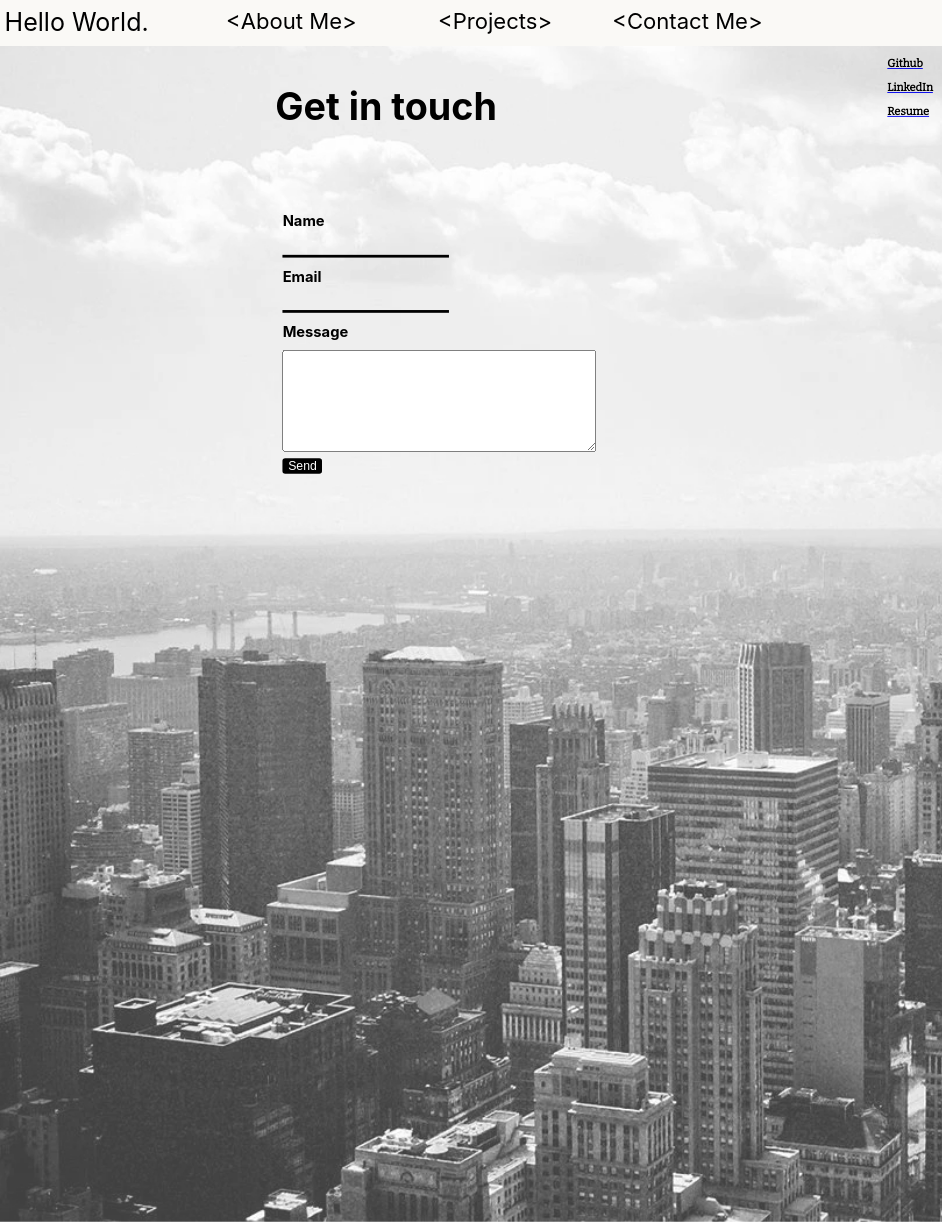
Repository: ghend99/website_ethan_pratt
Page: /contact
The author's editor kept a copy of each file at every save. The page is drawn from the files as they stood at one save, then again after the next save.
The browser window is 1024 px wide. The pictures show the whole page, at 92% of full size.
The project was rebuilt for these pictures with package versions that can differ from the ones it lists, and the page was loaded fresh each time. Also part of the build but not shown: src/pages/home.js, src/css/about.css, src/pages/about.js, src/pages/project.js.

Above is the page before, as saved 2023-04-25 10:26:59.

After the next save:
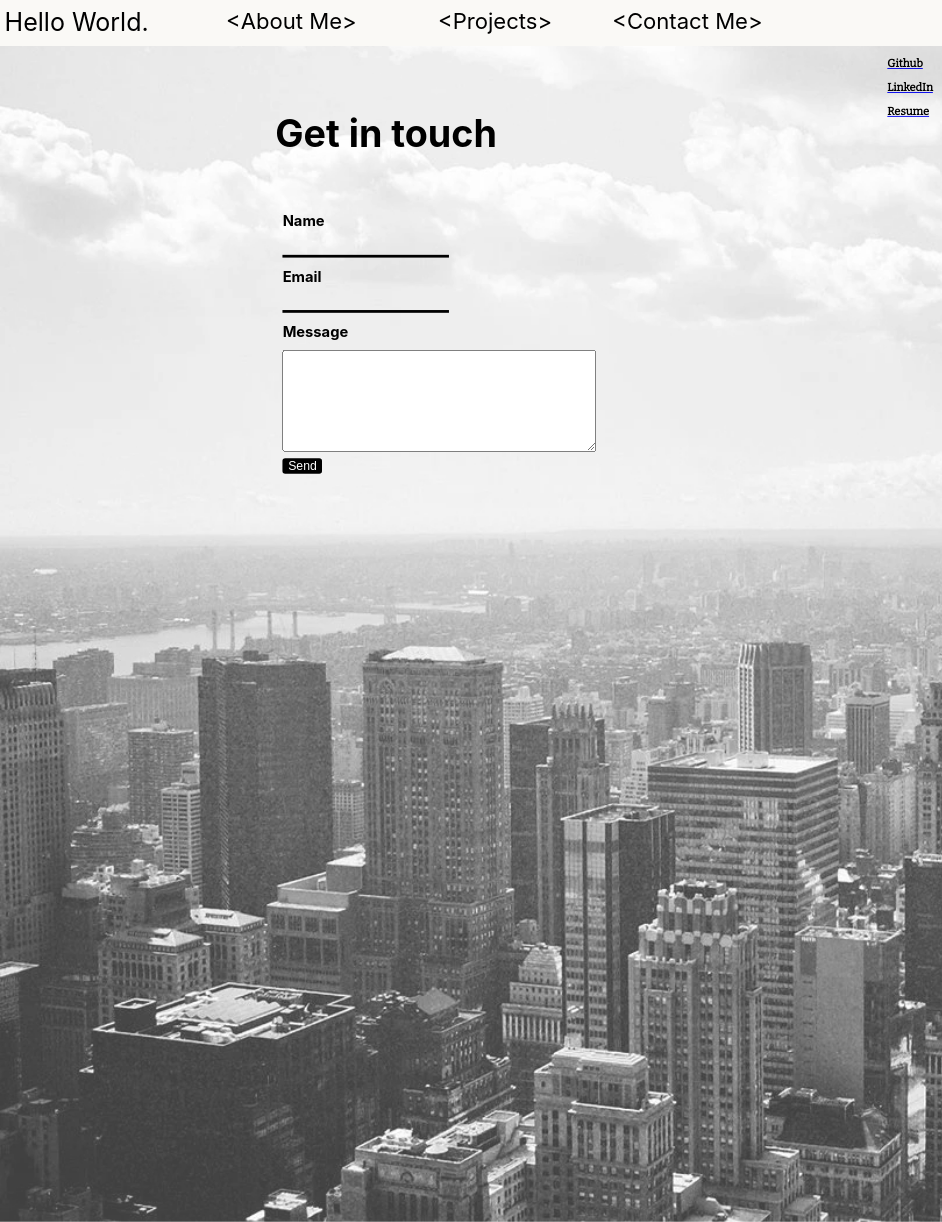
Saved 6 s later.
--- a/src/css/contact.css
+++ b/src/css/contact.css
@@ -84,7 +84,7 @@
 
 @media screen and (min-width: 0) and (max-width: 1225px) {
   .contact-header {
-    top: 0;
+    top: 30px;
   }
 }
 
